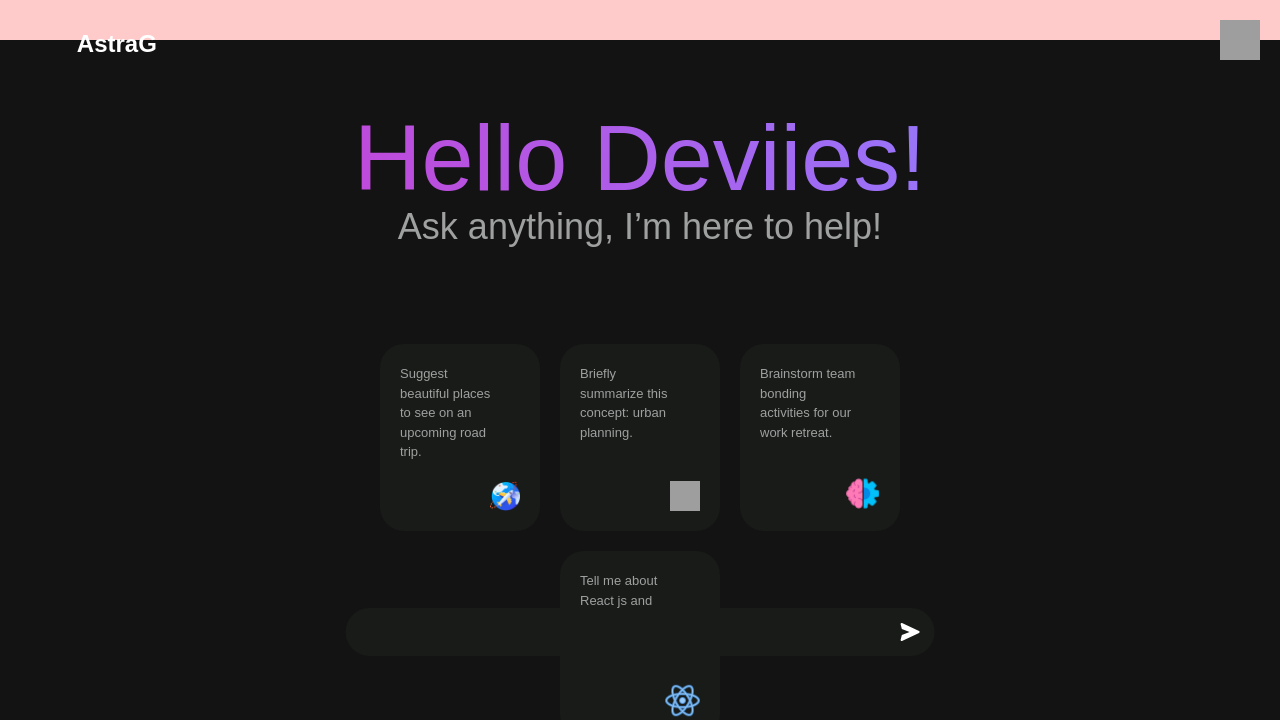
Repository: S-o-b-u/AstraGen1
Page: /
An editor plug-in stored every save of this project. The page is shown before and after the next save, followed by the edit.
The browser window is 1280 px wide. The pictures show the whole page.
Pictures or frames that could not be fetched are drawn as grey boxes. The project was rebuilt for these pictures with package versions that can differ from the ones it lists, and the page was loaded fresh each time. Also part of the build but not shown: vite.config.js, src/components/Loader/Loader.jsx, src/components/Sidebar/SIdebar.jsx.

Above is the page before, as saved 2024-11-14 01:32:18.

After the next save:
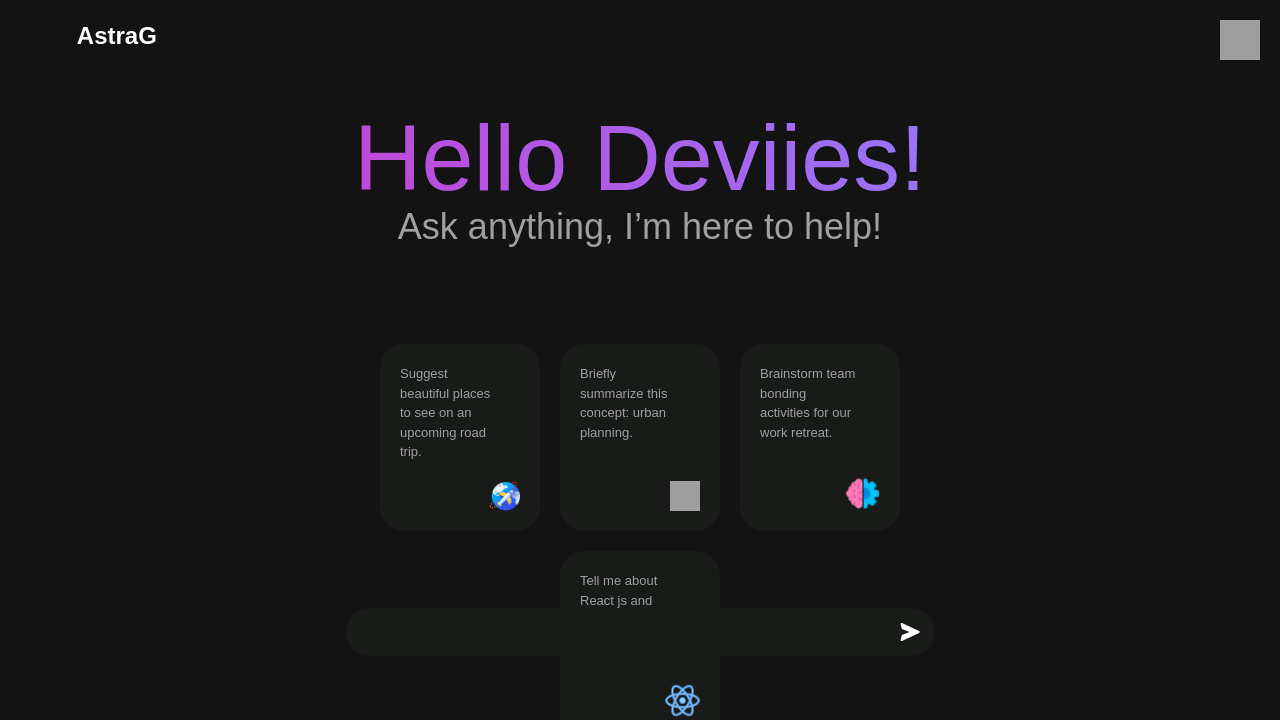
Saved 9 s later.
--- a/src/components/Main/Main.jsx
+++ b/src/components/Main/Main.jsx
@@ -28,9 +28,9 @@ const Main = () => {
   return (
     <>
      <div className="relative w-[100%] h-[100vh] overflow-hidden">
-     <div className="relative bg-red-200 px-5 py-5">
+     <div className="relative bg-red px-5 py-5">
         <nav className=" flex justify-between ">
-          <h1 className="absolute text-white left-16 top-7 lg:left-[6vw] text-2xl font-semibold">
+          <h1 className="absolute text-white left-16  lg:left-[6vw] text-2xl font-semibold">
             AstraG
           </h1>
           <img
